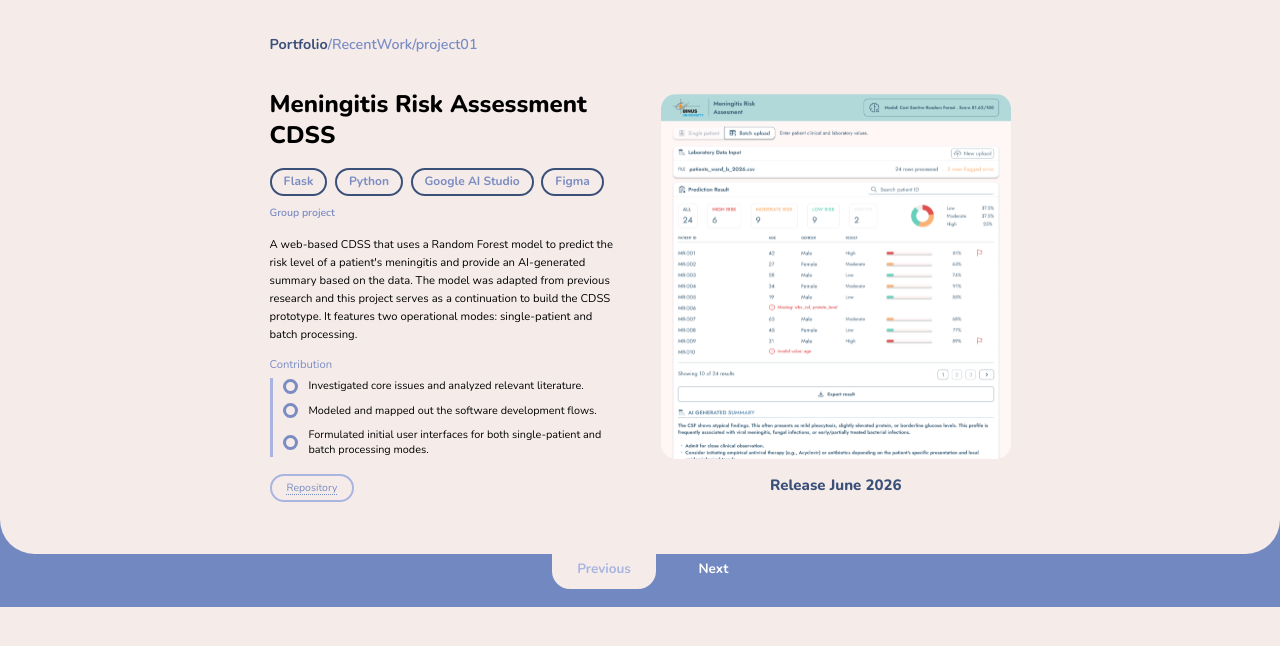
Repository: L-vy/L-vy
Page: /recentworks/project01
These files come from the project's save history. The page is drawn as it stood at one moment and after the next save; the edit follows.
The browser window is 1280 px wide. The pictures show the whole page.
Some web fonts or font styles are not loaded; a fallback is used. The project was rebuilt for these pictures with package versions that can differ from the ones it lists, and the page was loaded fresh each time. Also part of the build but not shown: vite.config.ts, src/components/Icon.tsx, src/data/site.ts, src/components/useGoTo.ts, src/components/Navbar.tsx, src/components/Hero.tsx, src/components/Reveal.tsx, src/components/Skills.tsx and 9 more.

Above is the page before, as saved 2026-10-07 19:45:09.

After the next save:
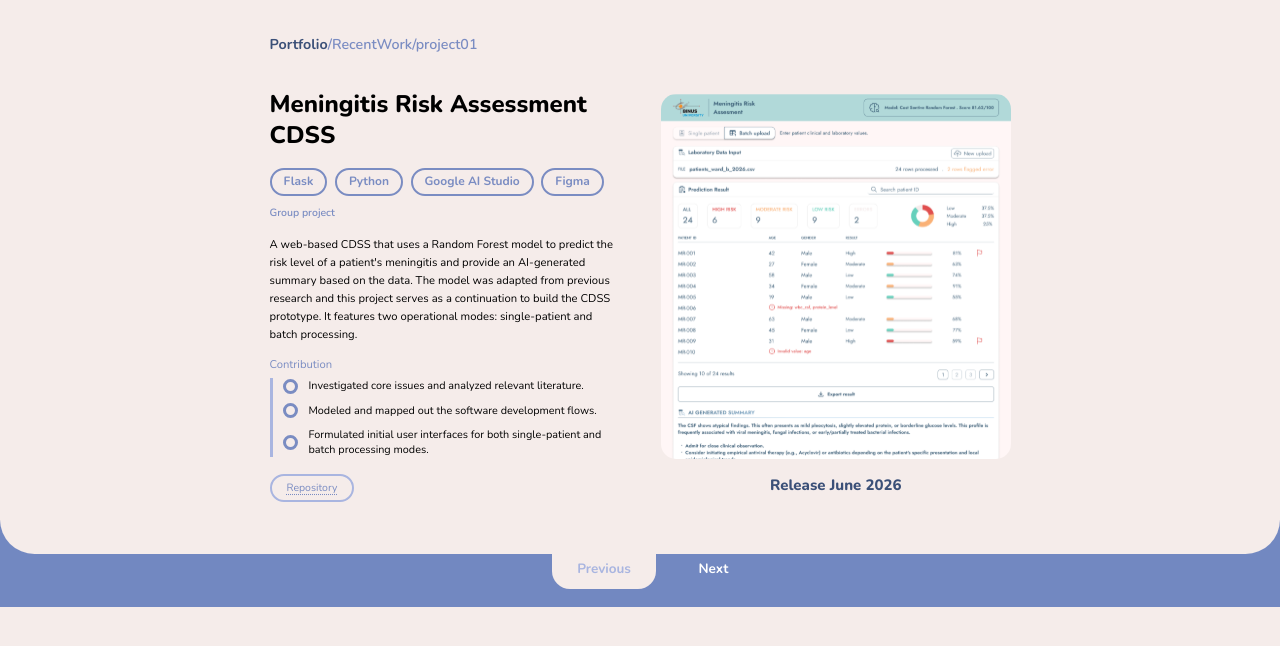
Saved 12 s later.
--- a/src/styles.css
+++ b/src/styles.css
@@ -44,7 +44,7 @@ h1{margin-top:0.25rem;font:400 2.5rem/1.35 'Playwrite US Modern','Nunito',cursiv
 .pills{display:flex;flex-wrap:wrap;gap:0.625rem;justify-content:center;margin-top:1.375rem}
 .pills.left{justify-content:flex-start}
 .pill{border-radius:62.4375rem;padding:0.3rem 1rem;font-weight:700;font-size:0.9375rem;background:var(--pill);color:var(--peri)}
-.pill.solid-outline{background:none;border:2px solid var(--ink);font-size:1rem}
+.pill.solid-outline{background:none;border:2px solid var(--peri);font-size:1rem}
 .reveal{opacity:0;transform:translateY(0.875rem);transition:opacity .6s,transform .6s}
 .reveal.in{opacity:1;transform:none}
 .fill{height:100%}
